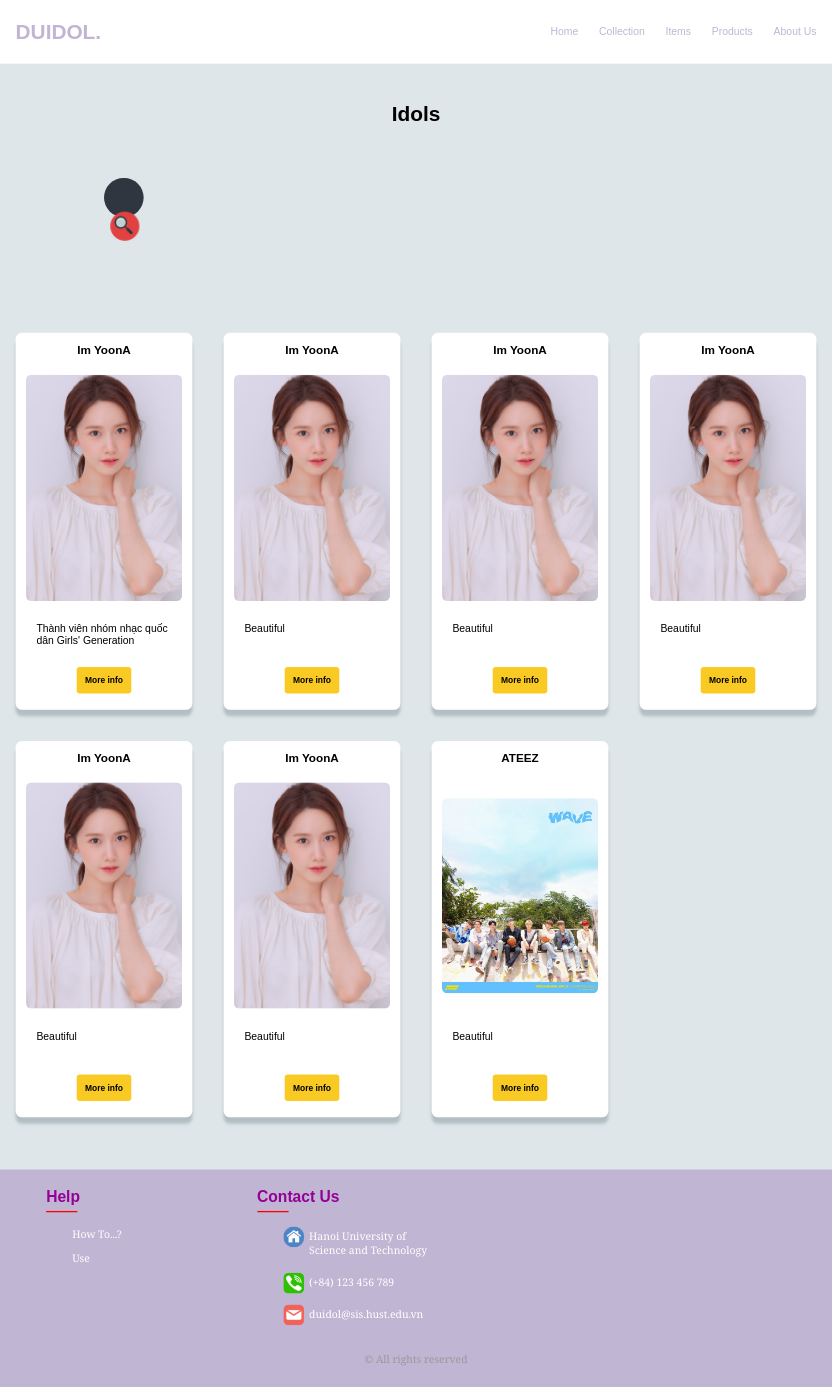
Repository: hangvtt183524/Cong_nghe_Web_va_dich_vu_truc_tuyen_20202
Page: ProjectWeb/src/View/html/idol_list.html
The author's editor kept a copy of each file at every save. The page is drawn from the files as they stood at one save, then again after the next save.
The browser window is 1280 px wide. The pictures show the whole page, at 65% of full size.

Above is the page before, as saved 2021-05-06 18:13:04.

After the next save:
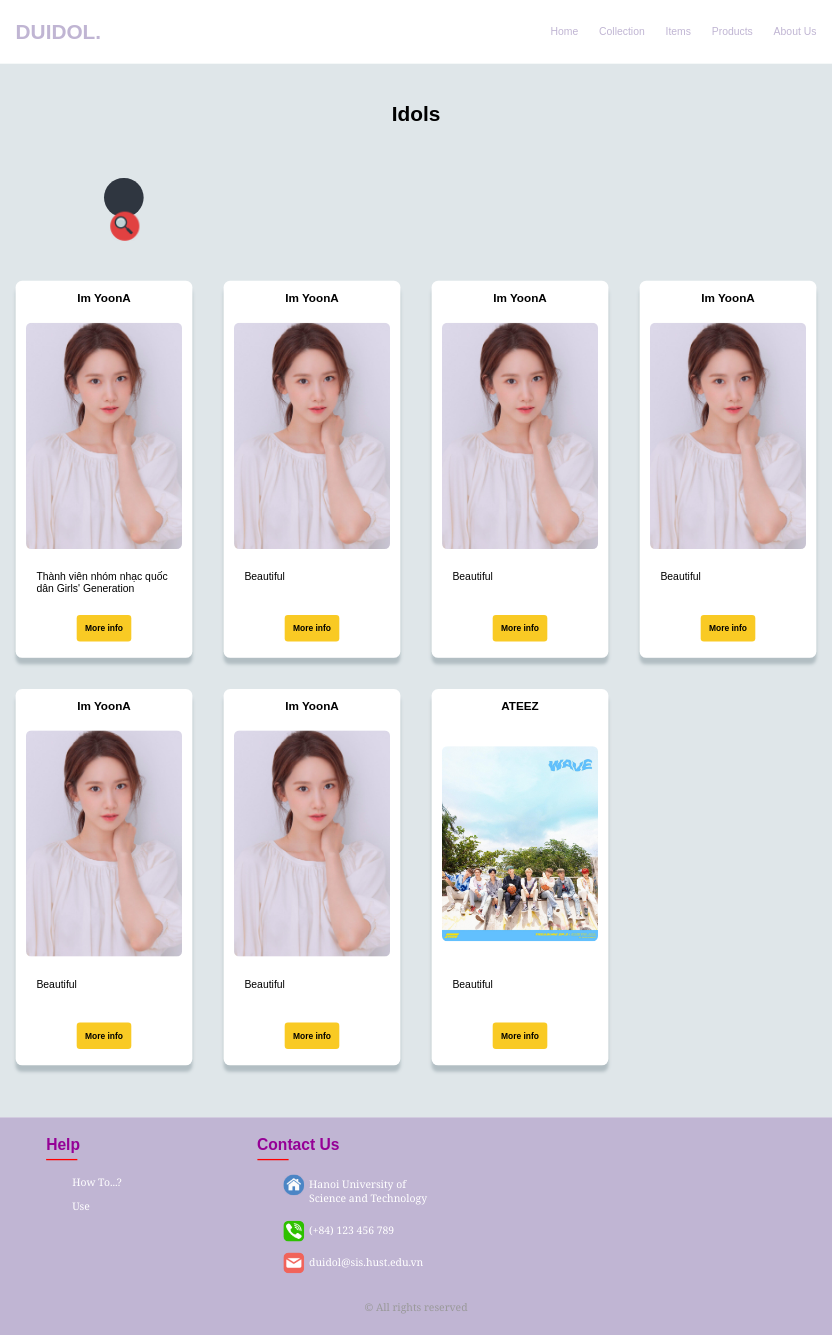
Saved 7 s later.
--- a/ProjectWeb/src/View/css/idol_list.css
+++ b/ProjectWeb/src/View/css/idol_list.css
@@ -42,7 +42,7 @@
 }
 .container1 {
 	margin-top: 5em;
-	margin-bottom: 10em;
+	margin-bottom: 5em;
 }
 .container1 .search-box {
 

After the 3 saves that followed:
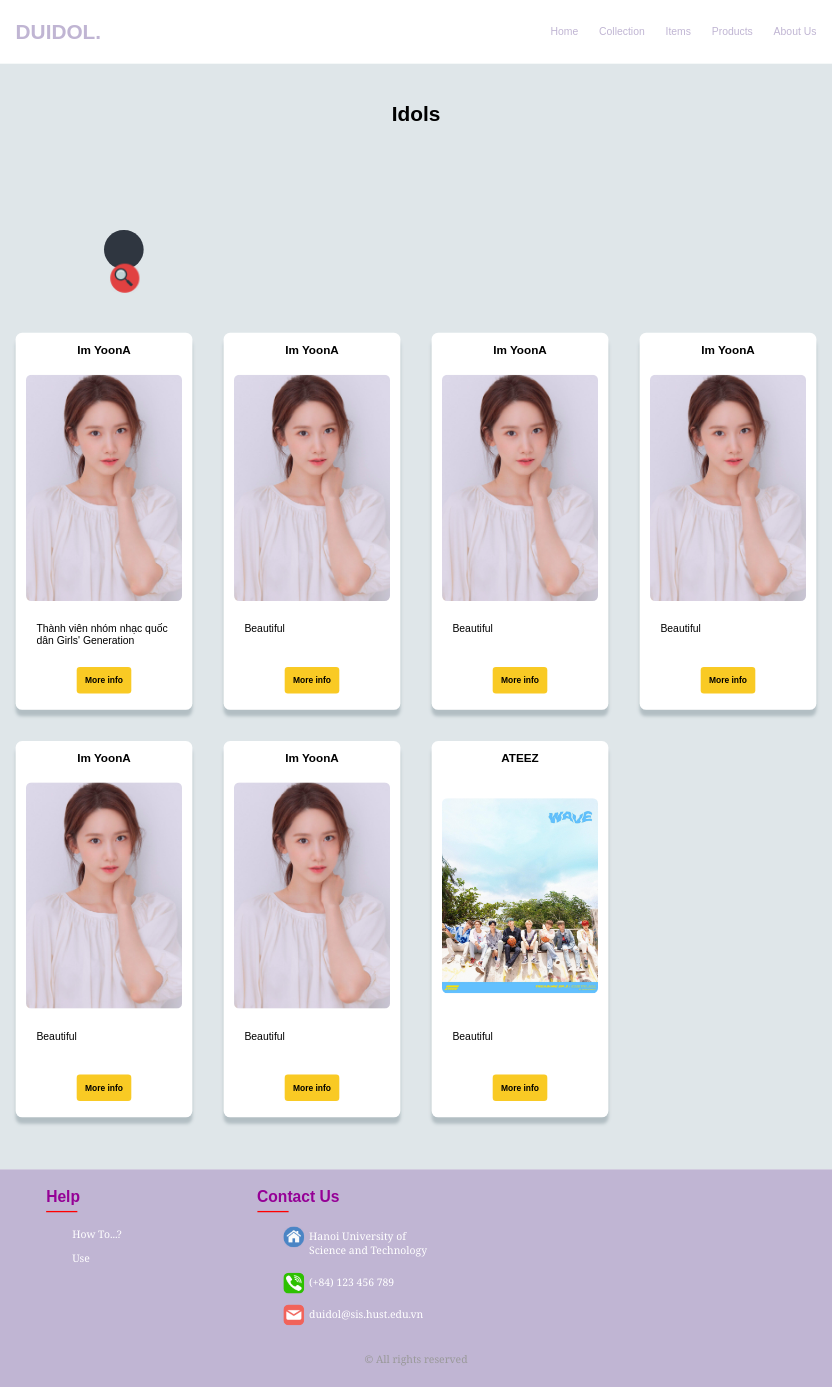
The 3 saves are shown as one change because 2 left the picture as it was.
The last was saved 28 s later.
--- a/ProjectWeb/src/View/css/idol_list.css
+++ b/ProjectWeb/src/View/css/idol_list.css
@@ -45,7 +45,7 @@
 	margin-bottom: 5em;
 }
 .container1 .search-box {
-
+	margin-top: 10em;
 	margin-left: 10em;
 	width: 2.8em;
 	height: 2.8em;
